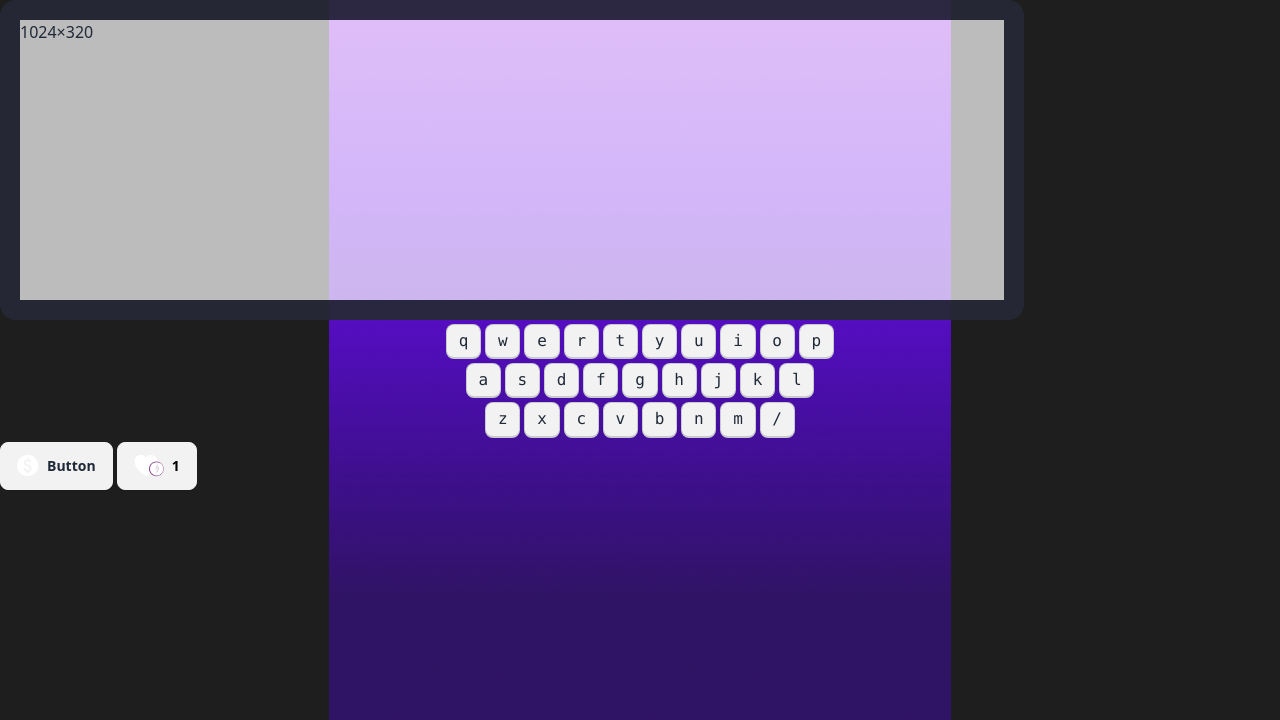
Repository: RudrasahaDibos/Alphabet-clash-
Page: index.html
The author's editor kept a copy of each file at every save. The page is drawn from the files as they stood at one save, then again after a run of saves.
The browser window is 1280 px wide. The pictures show the whole page.
Some web fonts or font styles are not loaded; a fallback is used. Some web libraries are served in a nearby version.

Above is the page before, as saved 2024-11-04 12:19:53.

After the next 2 saves:
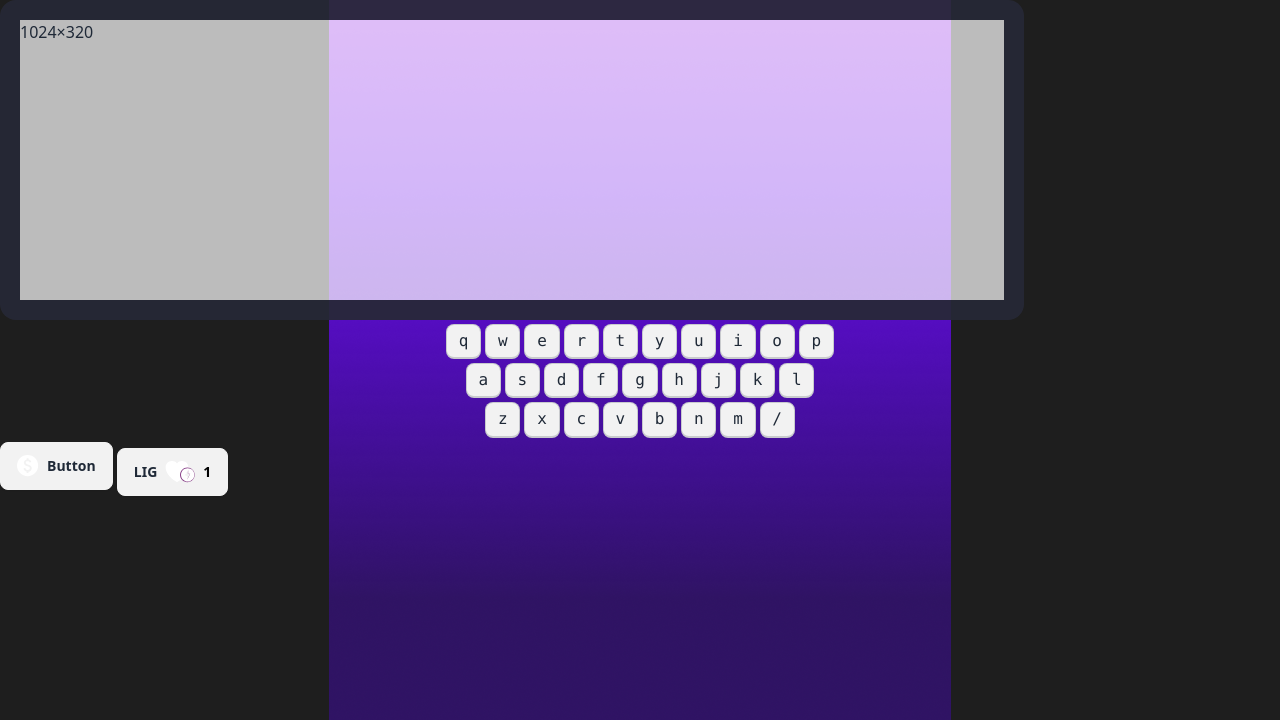
The 2 saves are shown as one change because they came seconds apart.
The last was saved 7 s later.
--- a/index.html
+++ b/index.html
@@ -83,7 +83,7 @@
                                   </button>
 
                                   <button class="btn">
-
+                                    <p>LIG</p>
                                     <img src="images/dolar.svg" alt="">
                                     <span class="text-black">1</span>
                                   </button>
